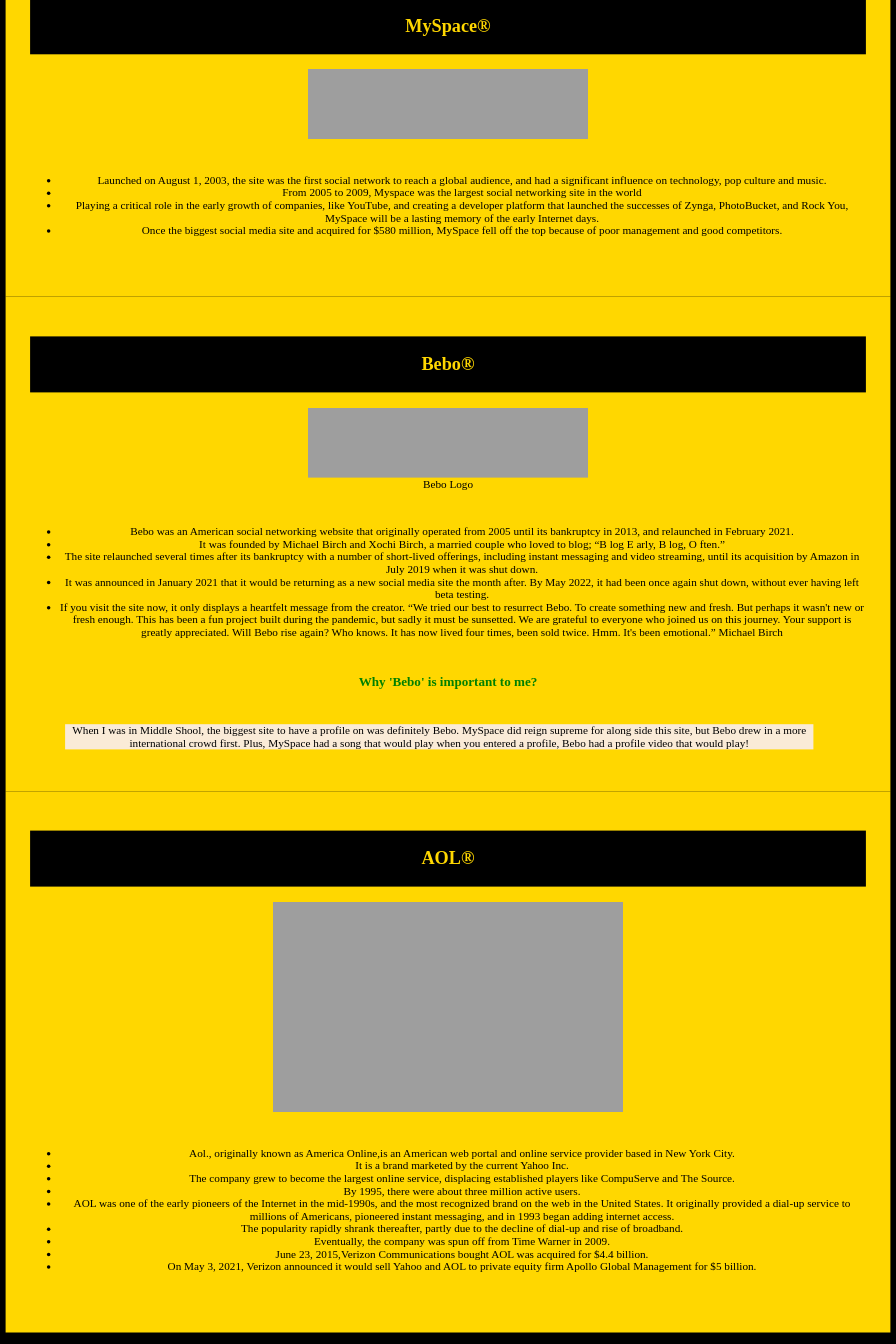
Repository: AndrewGrantt/LC101
Page: LC101/js-assignment-4-html-me-something-buffylow/index.html
An editor plug-in stored every save of this project. The page is shown before and after the next save, followed by the edit.
The browser window is 1280 px wide. The pictures show the part of the page from y = 382 to 2302 px (the page is 2311 px tall before and 6500 px after), at 70% of full size.
Pictures or frames that could not be fetched are drawn as grey boxes.

Above is the page before, as saved 2022-07-15 07:01:35.

### LC101/js-assignment-4-html-me-something-buffylow/index.html
<html>
<head>
<title>SOCIAL NETWORKS FOR THE AGES</title>
<link rel="stylesheet" href="styles.css">
</head>
<body>

<article class="all-sites">
   <h1 id="mainHeader">Social Media When I Was A Youngin'</h1>
  <article class="sites">

    <h2 id="headcolor">MySpace&reg;</h2>
    <img src="/images/MySpace_logo.jpg" alt="MySpace Logo 2004-2010" width="400" height="100">
    <p>
     <ul>
      <li>Launched on August 1, 2003, the site was the first social network to reach a global audience, and had a significant influence on technology, pop culture and music.</li>

      <li>From 2005 to 2009, Myspace was the largest social networking site in the world</li>

      <li>Playing a critical role in the early growth of companies, like YouTube, and creating a developer platform that launched the successes of Zynga, PhotoBucket, and Rock You, MySpace will be a lasting memory of the early Internet days. </li>

      <li> Once the biggest social media site and acquired for $580 million, MySpace fell off the top because of poor management and good competitors. </li>
     </ul>
   </p>

  </article>

  <article class="sites">
    <h2 id="headcolor">Bebo&reg;</h2>
    <figure>
      <img src="/images/bebo.jpg" alt="Bebo Logo" width="400" height="100">
      <figcaption>Bebo Logo</a></figcaption>
   </figure>
    <p>
    <ul>
      <li>Bebo was an American social networking website that originally operated from 2005 until its bankruptcy in 2013, and relaunched in February 2021.</li>
          <li>It was founded by Michael Birch and Xochi Birch, a married couple who loved to blog;
          “B log E arly, B log, O ften.” </li>
      <li>The site relaunched several times after its bankruptcy with a number of short-lived offerings, including instant messaging and video streaming, until its acquisition by Amazon in July 2019 when it was shut down. </li>
      <li>It was announced in January 2021 that it would be returning as a new social media site the month after. By May 2022, it had been once again shut down, without ever having left beta testing. </li>
     <li> If you visit the site now, it only displays a heartfelt message from the creator.


      “We tried our best to resurrect Bebo.
      To create something new and fresh.
      But perhaps it wasn't new or fresh enough.
      This has been a fun project built during the pandemic, but sadly it must be sunsetted. We are grateful to everyone who joined us on this journey. Your support is greatly appreciated.
      Will Bebo rise again?
      Who knows. It has now lived four times, been sold twice. Hmm.
      It's been emotional.”

      Michael Birch</li>
   </ul>
   </p>
      <h3 class="funParagraph"> Why 'Bebo' is important to me?</h3>
      <p>
         When I was in Middle Shool, the biggest site to have a profile on was definitely Bebo. MySpace did reign supreme for along side this site, but Bebo drew in a more international crowd first. Plus, MySpace had a song that would play when you entered a profile, Bebo had a profile video that would play!
      </p>
  </article>
  <article class="sites">
    <h2 id="headcolor">AOL&reg;</h2>
    <img src="/images/AOL.jpg" alt="AOL Logo" width="500" height="300">
    <p>
      <ul>
      <li>Aol., originally known as America Online,is an American web portal and online service provider based in New York City.</li>
      <li>It is a brand marketed by the current Yahoo Inc.</li>
      <li>The company grew to become the largest online service, displacing established players like CompuServe and The Source. </li>
      <li>By 1995, there were about three million active users.</li>
      <li>AOL was one of the early pioneers of the Internet in the mid-1990s, and the most recognized brand on the web in the United States. It originally provided a dial-up service to millions of Americans, pioneered instant messaging, and in 1993 began adding internet access.</li>
       <li>The popularity rapidly shrank thereafter, partly due to the decline of dial-up and rise of broadband.</li>
      <li>Eventually, the company was spun off from Time Warner in 2009.</li>
      <li>June 23, 2015,Verizon Communications bought AOL was acquired for $4.4 billion.</li>
      <li>On May 3, 2021, Verizon announced it would sell Yahoo and AOL to private equity firm Apollo Global Management for $5 billion.</li>
      </ul>
      </p>
  </article>
</article>
<footer>
   I CAN'T FORGET ABOUT THE SITES THAT MADE US

  --- &copy; Andrew 'BuffyLow' Grant---
</footer>
</body>
</html>

### LC101/js-assignment-4-html-me-something-buffylow/styles.css

body {
    background-color: black;
  }

  h1 {
    color: rgb(43, 49, 226);
    margin-left: 20px;
    font-size: 75px;
  }

    .sites {
    color: black;
    text-align: center;
    padding: 35px;
    background-color: gold;
  }
  p {
    margin-top: 50px;
    margin-bottom: 25px;
    margin-right: 75px;
    margin-left: 50px;
background-color: antiquewhite;
  }
  #mainHeader {
    background-color: red;
    color: black;
    padding: 40px;
    text-align: center;}

    #testP{
        color:black;
        text-align:center;
    }
    .funParagraph{
        color:green
    }
    #headcolor{
        color:gold;
        padding: 25px;
        background-color: black;
        font-size: 26px;

    }

After the next save:
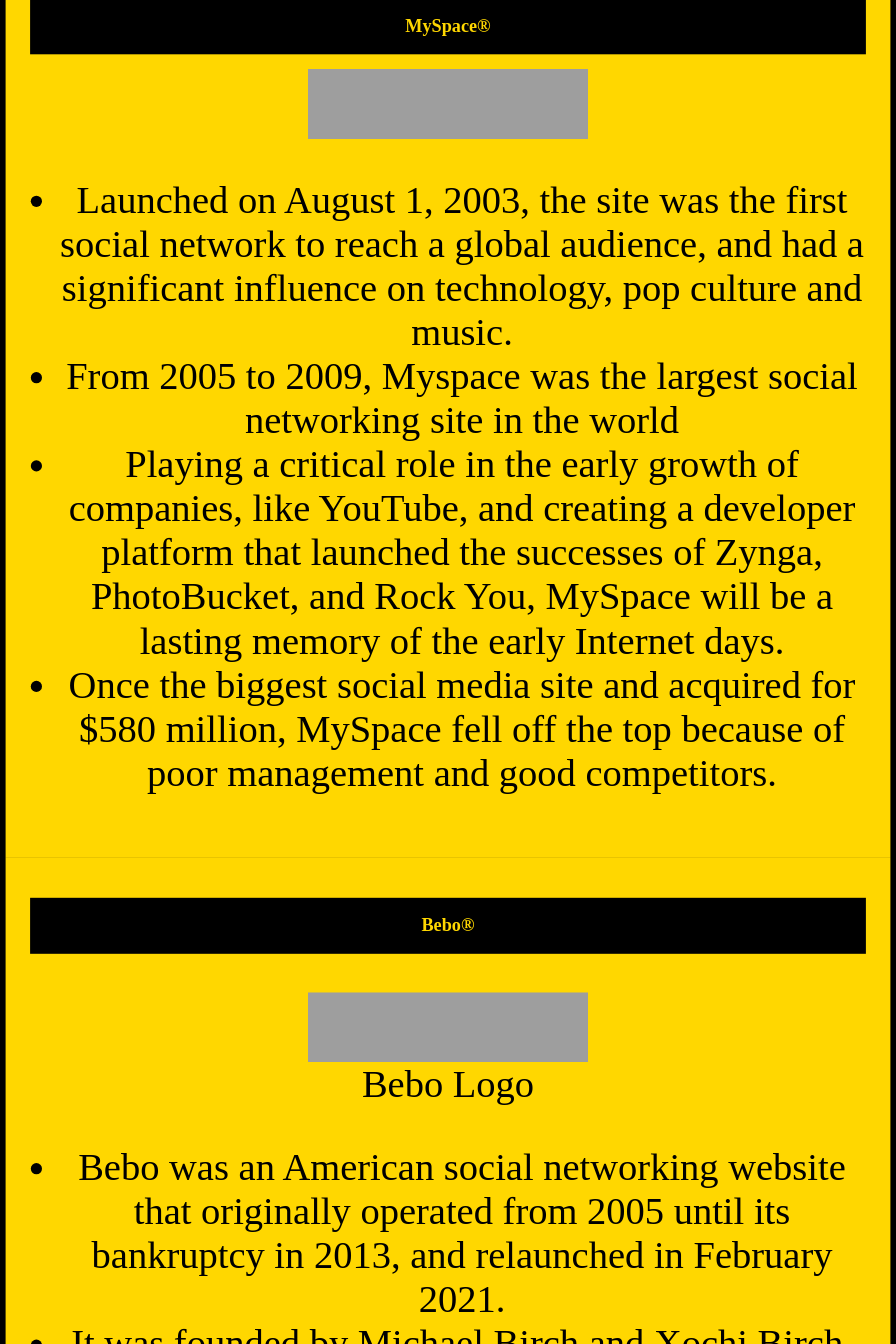
Saved 94 s later.
--- a/LC101/js-assignment-4-html-me-something-buffylow/styles.css
+++ b/LC101/js-assignment-4-html-me-something-buffylow/styles.css
@@ -14,6 +14,7 @@
     text-align: center;
     padding: 35px;
     background-color: gold;
+    font-size: 55px;
   }
   p {
     margin-top: 50px;
